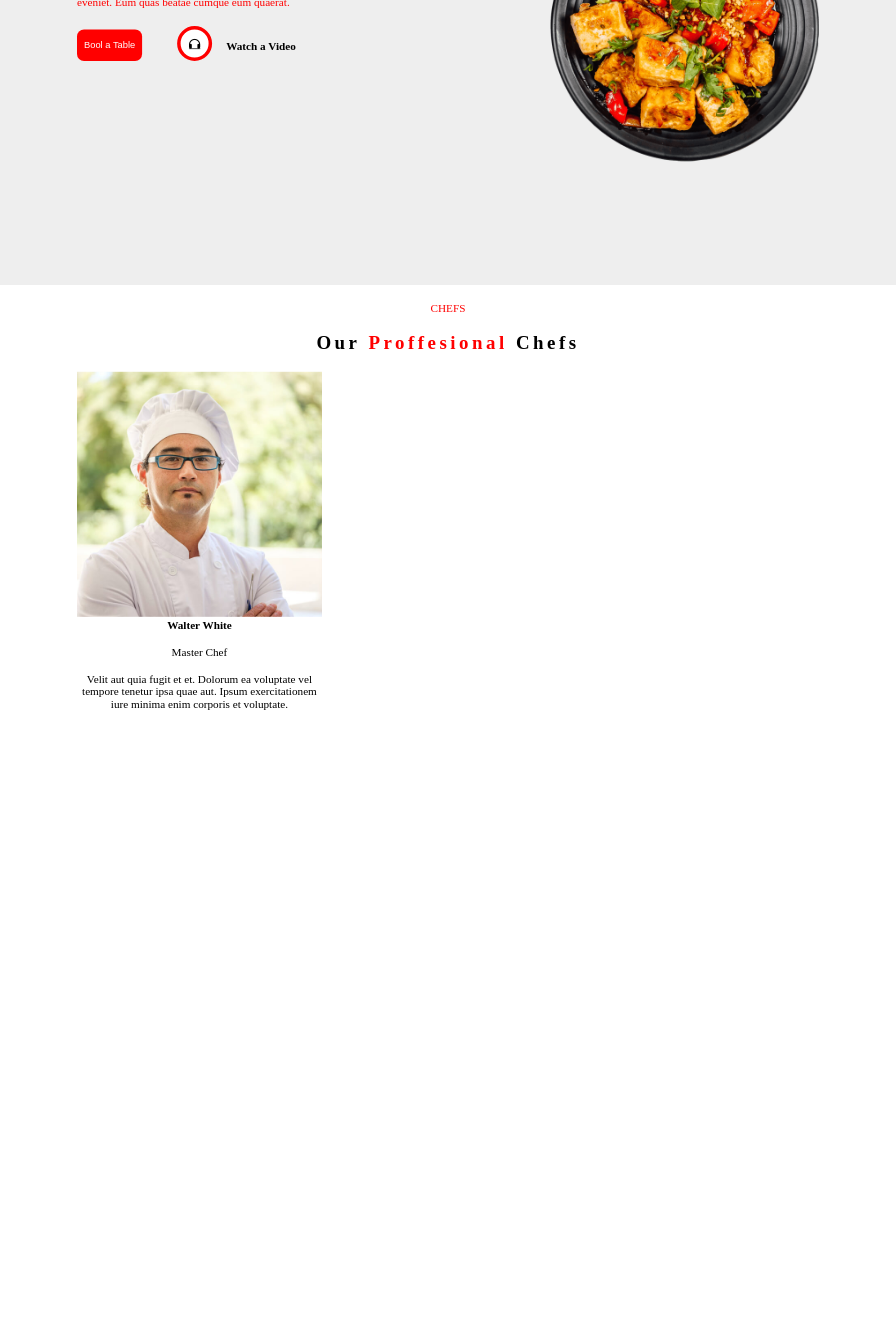
Repository: Ahmedalid/New-project
Page: Rout/index.html
An editor plug-in stored every save of this project. The page is shown before and after a run of saves, followed by the edit.
The browser window is 1280 px wide. The pictures show the part of the page from y = 393 to 2313 px (the page is 5000 px tall), at 70% of full size.

Above is the page before, as saved 2023-06-04 20:05:03.

### Rout/index.html
<!DOCTYPE html>
<html lang="en">

<head>
    <meta charset="UTF-8">
    <meta http-equiv="X-UA-Compatible" content="IE=edge">
    <meta name="viewport" content="width=device-width, initial-scale=1.0">
    <link rel="stylesheet" href="https://cdnjs.cloudflare.com/ajax/libs/font-awesome/6.4.0/css/all.min.css">
    <link rel="stylesheet" href="css/style.css">
    <title>Document</title>
</head>

<body>
    <!-- Start NavBar -->
    <nav>
        <div class="div-nav">
            <div class="nav-logo">
                <h1>Mealify</h1>
            </div>
            <div class="nav-item">
                <ul>
                    <li><a href="default.asp" class="home-actiev">Home</a></li>
                    <li><a href="" class="text-color">Chefs</a></li>
                    <li><a href="" class="text-color">Gallery</a></li>
                    <li><a href="" class="text-color">Contact</a></li>
                </ul>
            </div>
            <div class="nav-icon">
                <span><i class="fa-solid fa-moon"></i></span>
            </div>
        </div>
    </nav>
    <!-- End NavBar -->

    <!-- Start Header -->
    <header>
        <div class="div-header">
            <div class="content-header container">
                <h2 class="mt li">Enjoy Your Healthy</h2>
                <h2 class="mt li">Delicious Food</h2>
                <p class="mt text-color">Sed autem laudantium dolores. Voluptatem itaque ea consequatur eveniet.
                    Eum quas beatae cumque eum quaerat.</p>
                <div class="d-flex">
                    <button class="btn-Boolatable">Bool a Table</button>
                    <div class="d-flex mt  ">
                        <a href="" class="icone-headphones"> <span class="headphones d-center"> <i
                                    class="fa-solid fa-headphones "></i></span> </a>
                        <span class="Video">Watch a Video</span>
                    </div>
                </div>
            </div>
            <div class="content-header container">
                <div class="img-header ">
                    <img src="img/hero-img.png" alt="">
                </div>
            </div>
        </div>
    </header>
    <!-- End Header -->
    <section class="container">
        <p class="text-center text-color mt">CHEFS</p>
        <h5 class="li text-center our-section mt">
            Our
            <span class="text-color">Proffesional</span>
            Chefs
        </h5>
        <!-- Card And Img -->
        <div class="mt card-img">
            <div class="">
                <img src="img/chefs-3.jpg" alt="">
                <h4 class="text-center">Walter White </h4>
                <p class="text-center mt-1">Master Chef</p>
                <p class="text-center mt-1">
                    Velit aut quia fugit et et. Dolorum ea voluptate vel
                     tempore tenetur ipsa quae aut. Ipsum
                    exercitationem iure minima enim corporis et voluptate.
                </p>

            </div>
        </div>
    </section>
</body>

</html>

### Rout/css/style.css
*{
    margin: 0;
    padding: 0;
    box-sizing: border-box;
}
body{
    height: 5000px;
}
nav{
    box-shadow: 0px 16px 43px 0px rgba(0,0,0,0.1),0px 10px 15px -3px rgba(0,0,0,0.1),0px 10px 15px -3px rgba(0,0,0,0.1);
       height: 80px;
       position: sticky;
       top: 0;
       left: 0;
       overflow: auto;
       background-color: white;
}
.div-nav{
     margin: auto 110px;
    display: flex;
   margin-top: 30px;
    justify-content: space-between;
}
.container{
    margin: auto 110px;
}
.nav-item ul li{
    list-style: none;

    width: 100%;

}
.nav-item ul li a{
     text-decoration: none;
     color: black;
     padding: 20px;
     outline: none;
     transition: 0.5;
     font-weight: 400;
}
.nav-item ul li a:hover{
    border-bottom: 2px solid red;
}
.nav-item ul {
          display: flex;
    justify-content: space-between;

}
.nav-logo h1{
    font-weight: bold;
    font-size: 30px;
}
.home-actiev{
    border-bottom: 2px solid red;
    font-weight: bold;
}
.nav-icon span i{
    font-size: 30px;
}
/* End NavBar */
/* Start Header */
/* Start Header */
.div-header{
    display: flex;
}
header{
    background-color: #eeeeee;
    overflow: auto;
    height: 100vh;
}
.content-header{
  margin-top: 160px;
}
img{
    width: 100%;
}
.mt{
    margin-top: 25px;
}
.li{
    letter-spacing: 5px;
}
.text-color{
    color: #7f7f90;
}
.d-flex{
    display: flex;
}
.btn-Boolatable{
    border: none;
    outline: none;
    background-color: red;
    color: white;
    padding: 10px;
    border-radius: 10px;
    margin-top: 30px;
}
.headphones{
    background-color: white;
    border-radius: 50%;
    width: 50px;
    height: 50px;
    border: 5px solid red;
    margin-left: 50px;
    cursor: pointer;
}
.d-center{
    display: flex;
    justify-content: center;
    align-items: center;
}
.Video{
    margin-top: 20px;
    margin-left: 20px;
    font-weight: bold;
    cursor: pointer;
    transition: 0.5s;
}
.Video:hover{
    color: red;
}
.icone-headphones{
    color: black;
    list-style: none;
}

.text-center{
    text-align: center;
    /* margin-top: 50px; */
}
.text-color{
    color: red;
}
.our-section{
    font-size: 27px;
}
.card-img{
    width: 33%;
    display: inline-block;
}
.mt-1{
    margin-top: 20px;
}

After the next 3 saves:
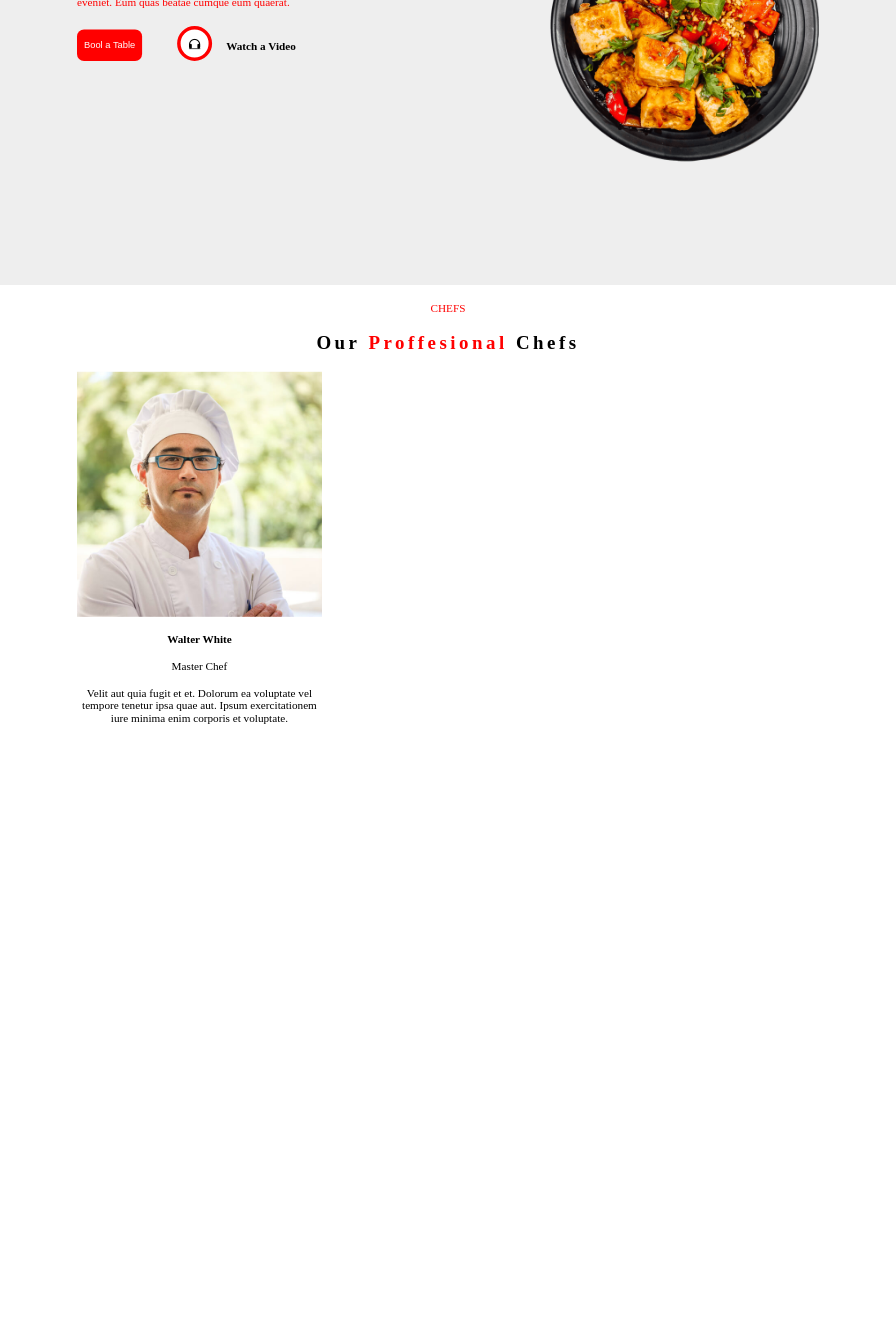
The 3 saves are shown as one change because they came seconds apart.
The last was saved 16 s later.
--- a/Rout/index.html
+++ b/Rout/index.html
@@ -68,7 +68,7 @@
         <div class="mt card-img">
             <div class="">
                 <img src="img/chefs-3.jpg" alt="">
-                <h4 class="text-center">Walter White </h4>
+                <h4 class="text-center mt-1">Walter White </h4>
                 <p class="text-center mt-1">Master Chef</p>
                 <p class="text-center mt-1">
                     Velit aut quia fugit et et. Dolorum ea voluptate vel
